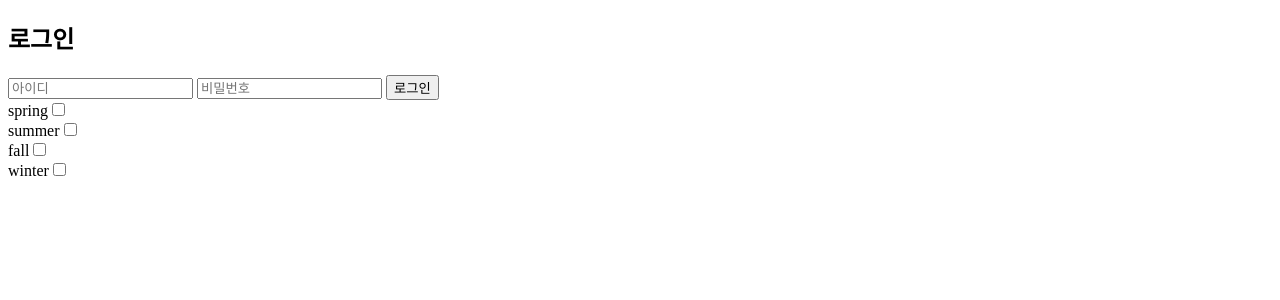
Repository: pencil-HB/SSAFY_Backend
Page: http://localhost/BackendProject/html/login.html
These files come from the project's save history. The page is drawn as it stood at one moment and after the next save; the edit follows.
The browser window is 1280 px wide. The pictures show the whole page.
The page is served by Tomcat 10. Other server files are loaded and not shown.

Above is the page before, as saved 2024-09-23 05:16:40.

### BackendProject/src/main/webapp/html/login.html
<!DOCTYPE html>
<html>
<head>
<meta charset="EUC-KR">
<title>Insert title here</title>
</head>
<body>
 <form method="post" action="/BackendProject/loginServlet">
        <h2>로그인</h2>
        <input type="text" id="id" name="id" placeholder="아이디" required>
        <input type="password" id="pw" name="pw" placeholder="비밀번호" required>
        <button type="submit">로그인</button>
    </form>

    spring<input type="checkbox" name="season" value="spring"><br>
    summer<input type="checkbox" name="season" value="spring"><br>
    fall<input type="checkbox" name="season" value="spring"><br>
    winter<input type="checkbox" name="season" value="spring"><br>
</body>
</html>

After the next save:
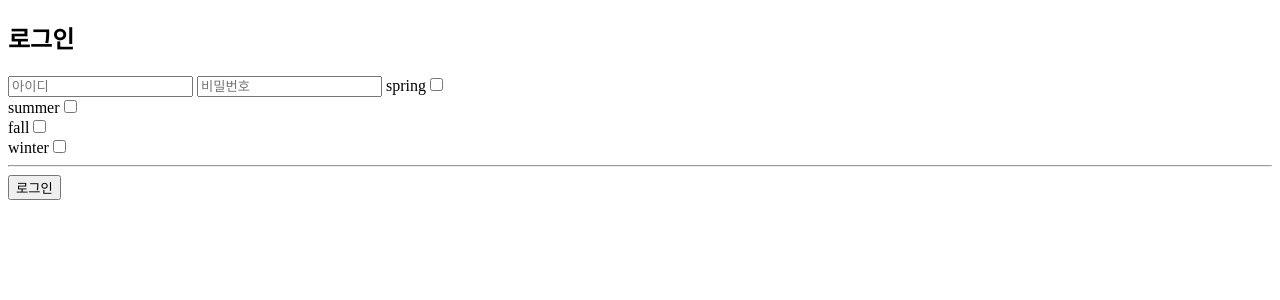
Saved 76 s later.
--- a/BackendProject/src/main/webapp/html/login.html
+++ b/BackendProject/src/main/webapp/html/login.html
@@ -5,16 +5,18 @@
 <title>Insert title here</title>
 </head>
 <body>
- <form method="post" action="/BackendProject/loginServlet">
-        <h2>로그인</h2>
-        <input type="text" id="id" name="id" placeholder="아이디" required>
-        <input type="password" id="pw" name="pw" placeholder="비밀번호" required>
-        <button type="submit">로그인</button>
-    </form>
+	<form method="post" action="/BackendProject/loginServlet">
+		<h2>로그인</h2>
+		<input type="text" id="id" name="id" placeholder="아이디" required>
+		<input type="password" id="pw" name="pw" placeholder="비밀번호" required>
 
-    spring<input type="checkbox" name="season" value="spring"><br>
-    summer<input type="checkbox" name="season" value="spring"><br>
-    fall<input type="checkbox" name="season" value="spring"><br>
-    winter<input type="checkbox" name="season" value="spring"><br>
+		spring<input type="checkbox" name="season" value="spring"><br>
+		summer<input type="checkbox" name="season" value="spring"><br>
+		fall<input type="checkbox" name="season" value="spring"><br>
+		winter<input type="checkbox" name="season" value="spring"><br>
+
+		<hr>
+		<button type="submit">로그인</button>
+	</form>
 </body>
 </html>
